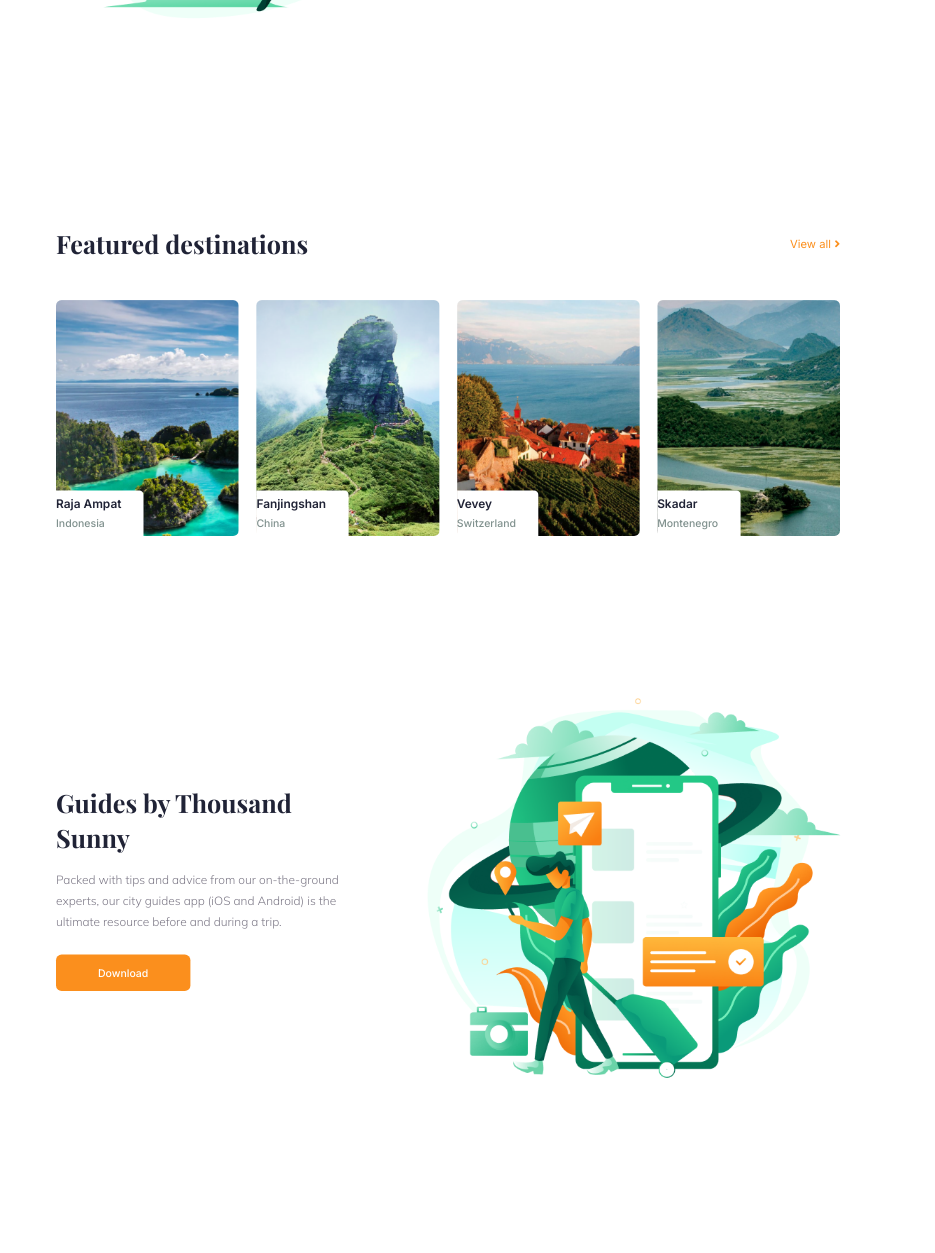
Repository: long5122000/sunny
Page: index.html
These files come from the project's save history. The page is drawn as it stood at one moment and after the next save; the edit follows.
The browser window is 1280 px wide. The page is 1335 px wide, so the pictures cover 1335 px, including what lies to the right of the window. The pictures show the part of the page from y = 1594 to 3434 px (the page is 3384 px tall before and 3434 px after), at 70% of full size.
The style sheet was rebuilt from its Sass, Less or Tailwind sources for each picture, by a compiler version that may differ from the author's.

Above is the page before, as saved 2021-11-25 10:12:20.

After the next save:
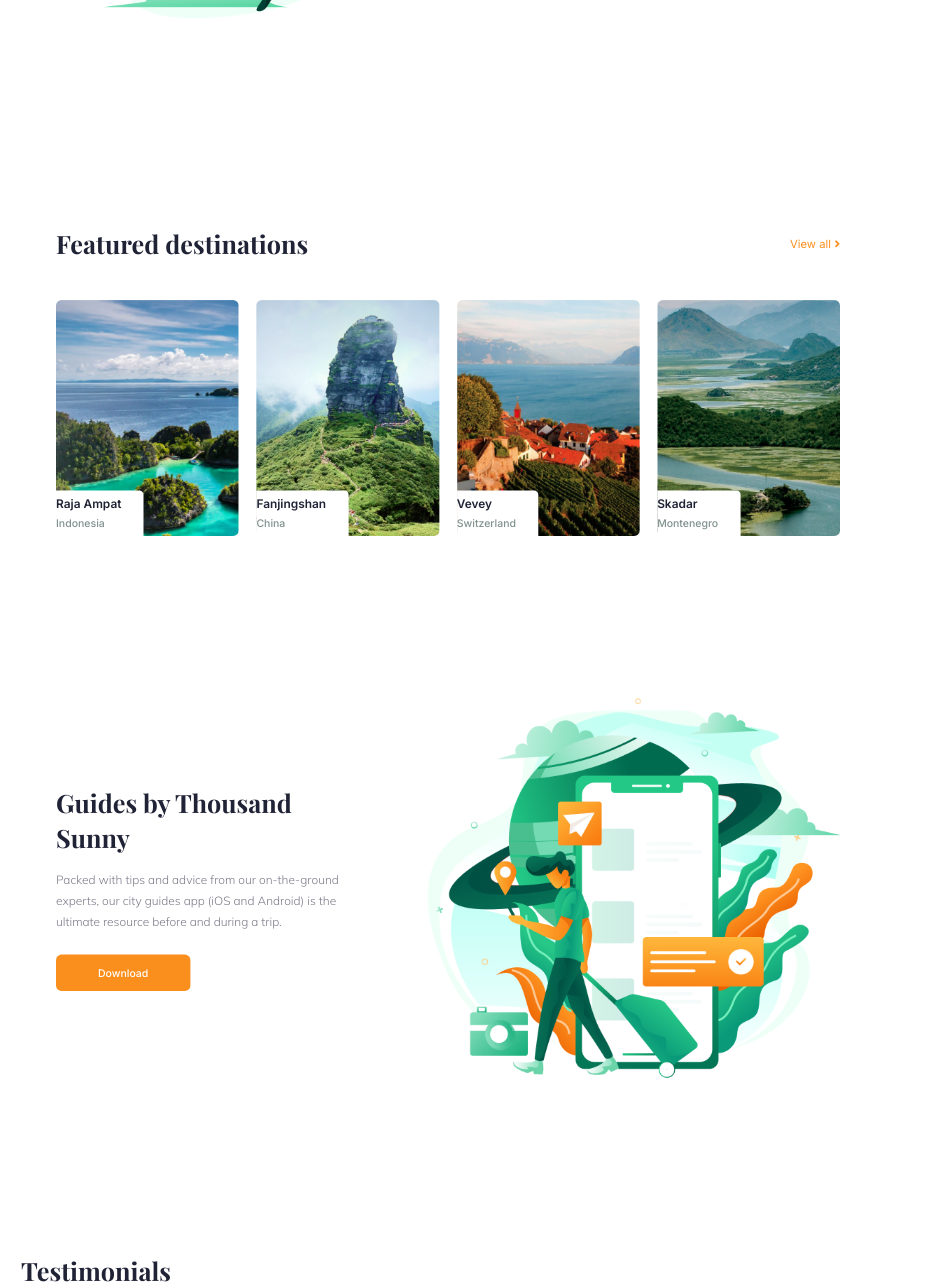
Saved 85 s later.
--- a/index.html
+++ b/index.html
@@ -198,6 +198,11 @@
             </div>
           </div>
         </section>
+        <section class="testimonial">
+          <div class="container">
+            <h2 class="heading heading--small testimonial">Testimonials</h2>
+          </div>
+        </section>
       </main>
     </div>
     <script src="scripts/app.js"></script>
